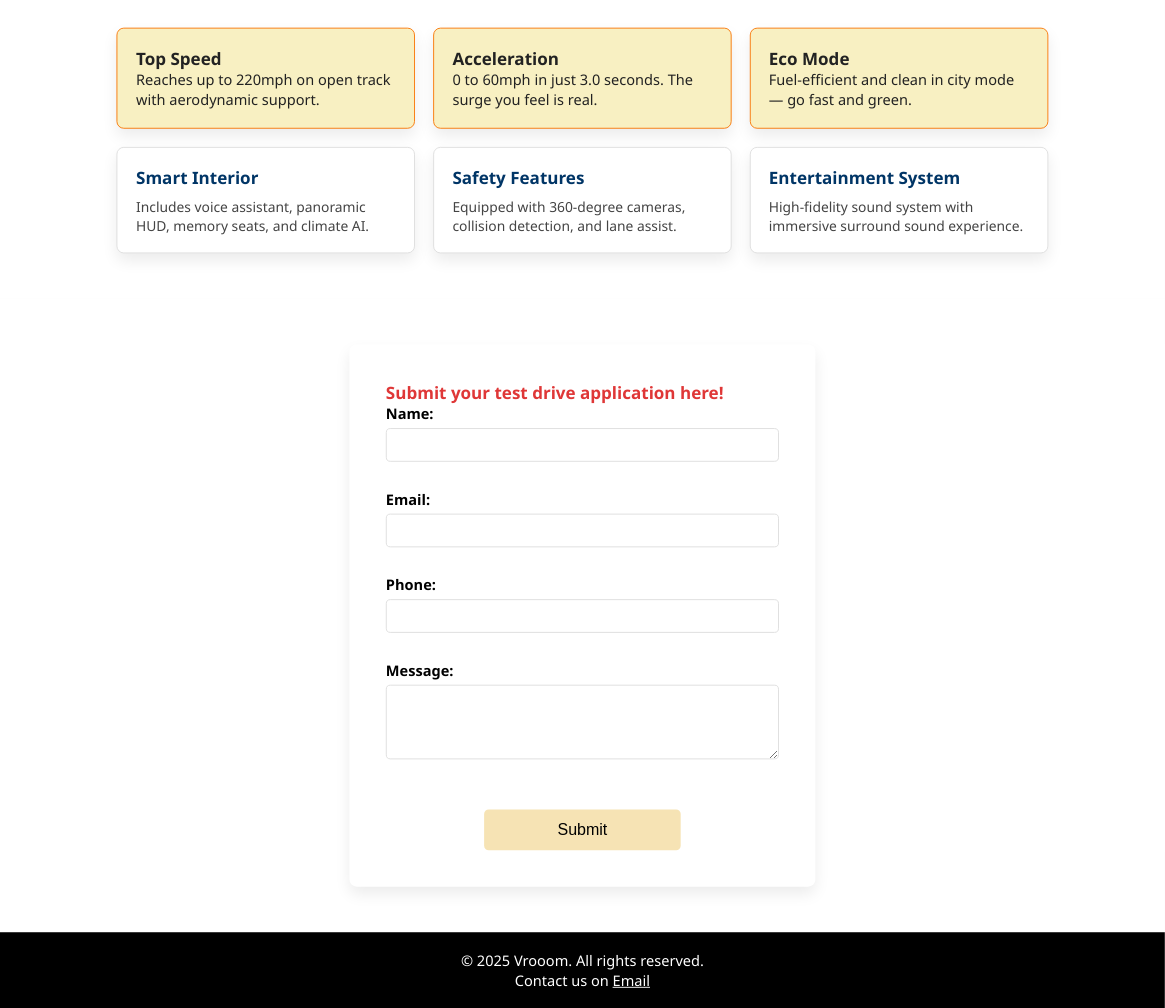
Repository: JiaheSu22/vrooom-responsive-main
Page: index.html
These files come from the project's save history. The page is drawn as it stood at one moment and after the next save; the edit follows.
The browser window is 1280 px wide. The pictures show the part of the page from y = 740 to 1848 px (the page is 1848 px tall), at 91% of full size.
A picture or video elsewhere on the page could not be fetched, so the positions and the page height are approximate.

Above is the page before, as saved 2025-04-11 15:36:05.

After the next save:
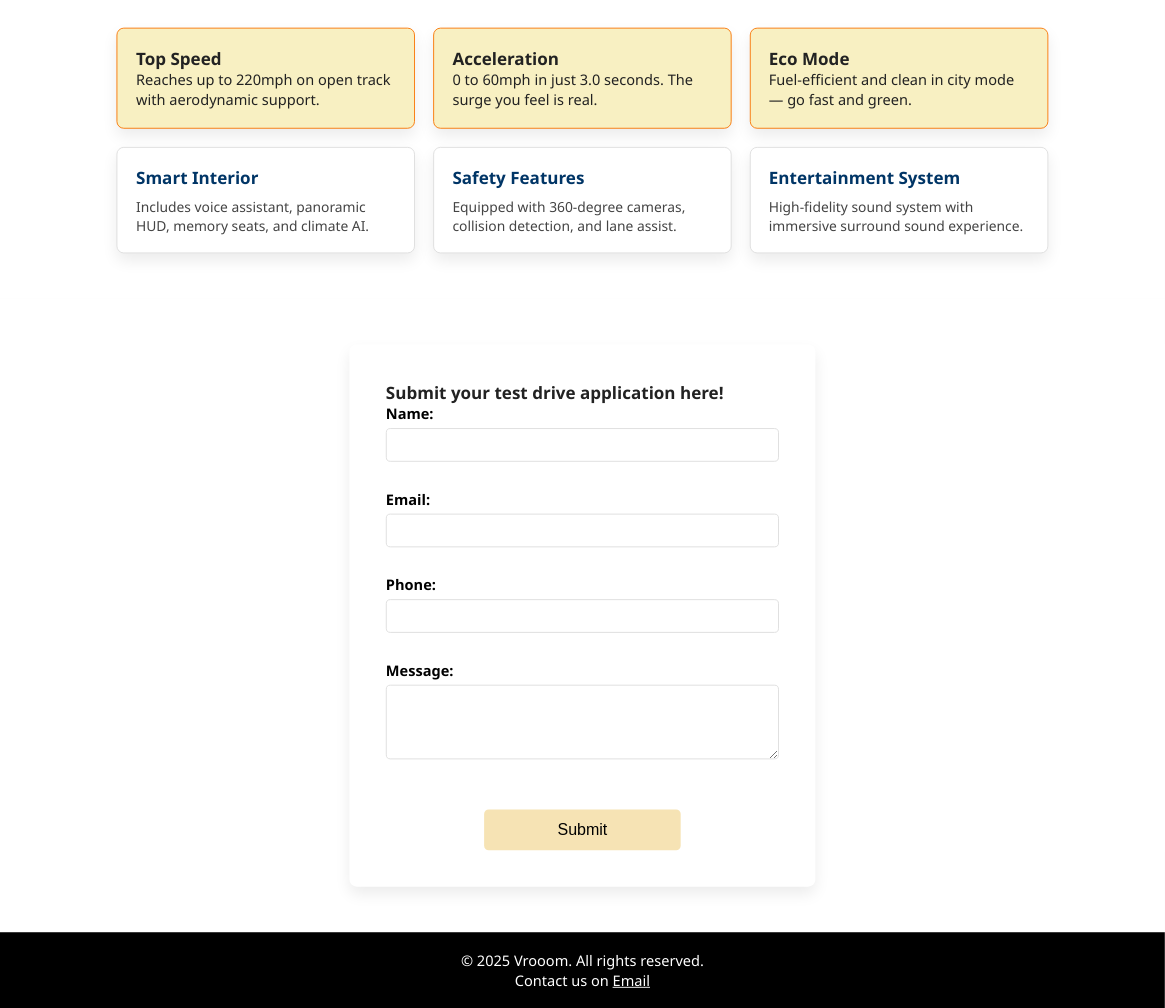
Saved 8 s later.
--- a/index.html
+++ b/index.html
@@ -305,7 +305,7 @@
   <section class="form-section">
     <form action="">
       <div class="form-header">
-        <h3 style="color: rgb(223, 55, 55);">Submit your test drive application here!</h3>
+        <h3>Submit your test drive application here!</h3>
       </div>
       <div class="form">
         <label for="name">Name:</label>
